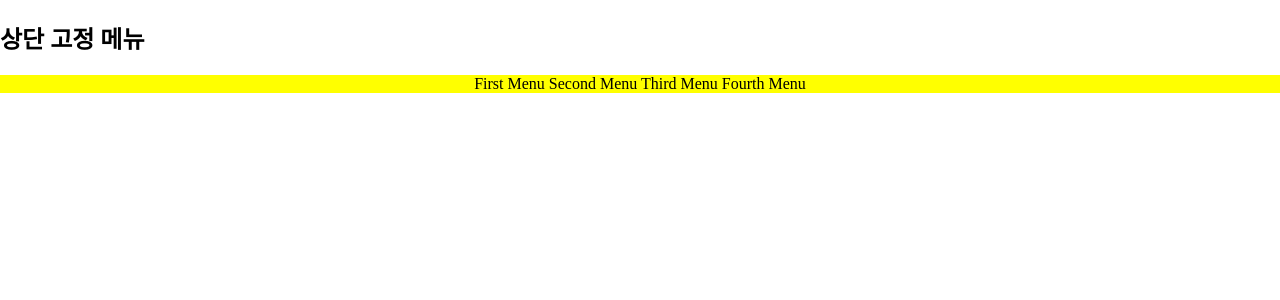
Repository: tjdwlsl/jspstudy
Page: http://localhost/JQuery_Ajax/jquery/ex21_exam03.jsp
These files come from the project's save history. The page is drawn as it stood at one moment and after the next save; the edit follows.
The browser window is 1280 px wide. The pictures show the whole page.
The page is served by Tomcat 9. Other server files are loaded and not shown.

Above is the page before, as saved 2023-07-20 02:44:37.

### JQuery_Ajax/src/main/webapp/jquery/ex21_exam03.jsp
<%@ page language="java" contentType="text/html; charset=UTF-8"
    pageEncoding="UTF-8"%>
<!DOCTYPE html>
<html>
<head>
<meta charset="UTF-8">
<title>Insert title here</title>
<style type="text/css">
	body{
		margin: 0px;
		padding: 0px;
	}
	.jbtitle{
		text-align: center;
	}
	.jbMenu{
		text-align: center;
		background-color: yellow;
		padding: 10px, 0px;
		width: 100%;
	}
	.jpContene{
		height: 2000px;
	}
	.jbFixed{
		position: fixed;
		top: opx;
	}
</style>
<%-- jQuery 라이브러리 CDN --%>
<script src="https://ajax.googleapis.com/ajax/libs/jquery/3.7.0/jquery.min.js"></script>
<script type="text/javascript">
$(document).ready(function(){
	var jbOffset = $('.jbMenu').offset();
	$(window).scroll(function() {
		if($(document).scrollTop() > jbOffset.top){
			$('.jbMenu').addClass('.jbFixed');
		}else{
			$('.jbMenu').removeClass('.jbFixed');
		}
	});
});
</script>
</head>
<body>
	<div class="jbTitle">
		<h2>상단 고정 메뉴</h2>
	</div>
	<div class="jbMenu">
		<p>
			First Menu
			Second Menu
			Third Menu
			Fourth Menu
		</p>
	</div>
	<div class="jbContent">

	</div>
</body>
</html>

After the next save:
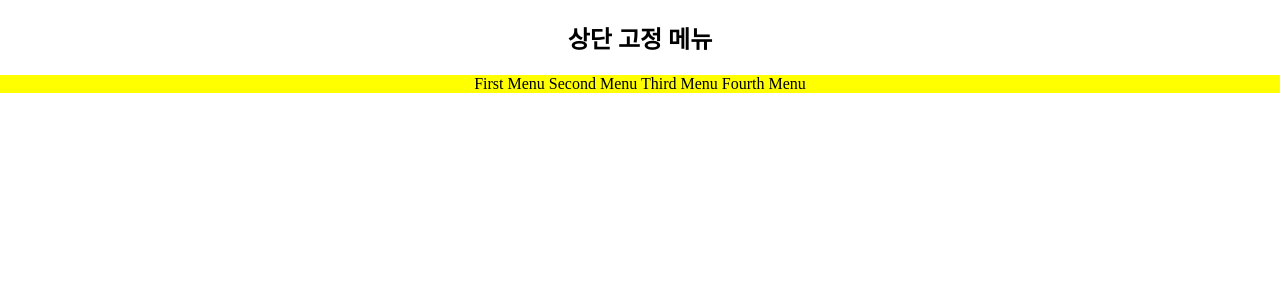
Saved 30 s later.
--- a/JQuery_Ajax/src/main/webapp/jquery/ex21_exam03.jsp
+++ b/JQuery_Ajax/src/main/webapp/jquery/ex21_exam03.jsp
@@ -10,7 +10,7 @@
 		margin: 0px;
 		padding: 0px;
 	}
-	.jbtitle{
+	.jbTitle{
 		text-align: center;
 	}
 	.jbMenu{
